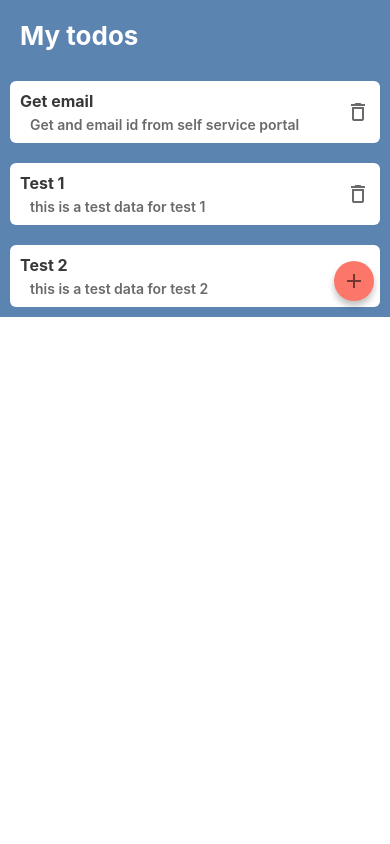
Repository: sadarsh216/Todo-App
Page: /
These files come from the project's save history. The page is drawn as it stood at one moment and after the next save; the edit follows.
The browser window is 390 px wide. The pictures show the whole page.
The app was drawn by React Native's web renderer in a window 390 px wide. The project was rebuilt for these pictures with package versions that can differ from the ones it lists, and the page was loaded fresh each time. Also part of the build but not shown: components/Modal.tsx.

Above is the page before, as saved 2021-10-09 14:50:58.

After the next save:
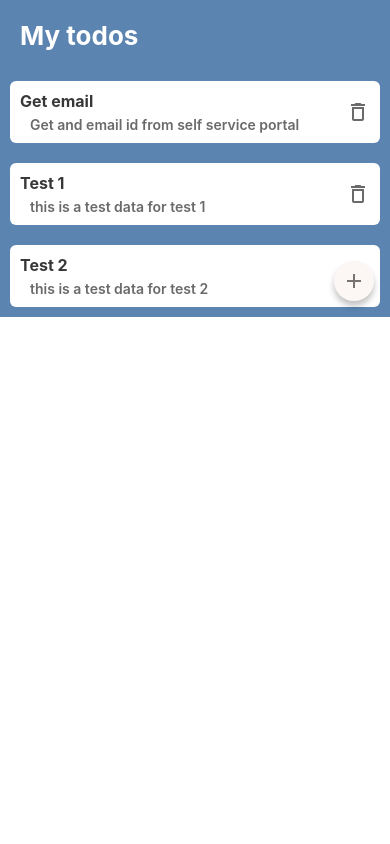
Saved 27 s later.
--- a/App.tsx
+++ b/App.tsx
@@ -38,7 +38,7 @@ export default function App() {
         <FAB
           style={{
             ...styles.fab,
-            backgroundColor: showAdd ? COLORS.accent : COLORS.secondary,
+            backgroundColor: showAdd ? COLORS.primary : COLORS.accent,
           }}
           small
           icon={showAdd ? "close" : "plus"}
